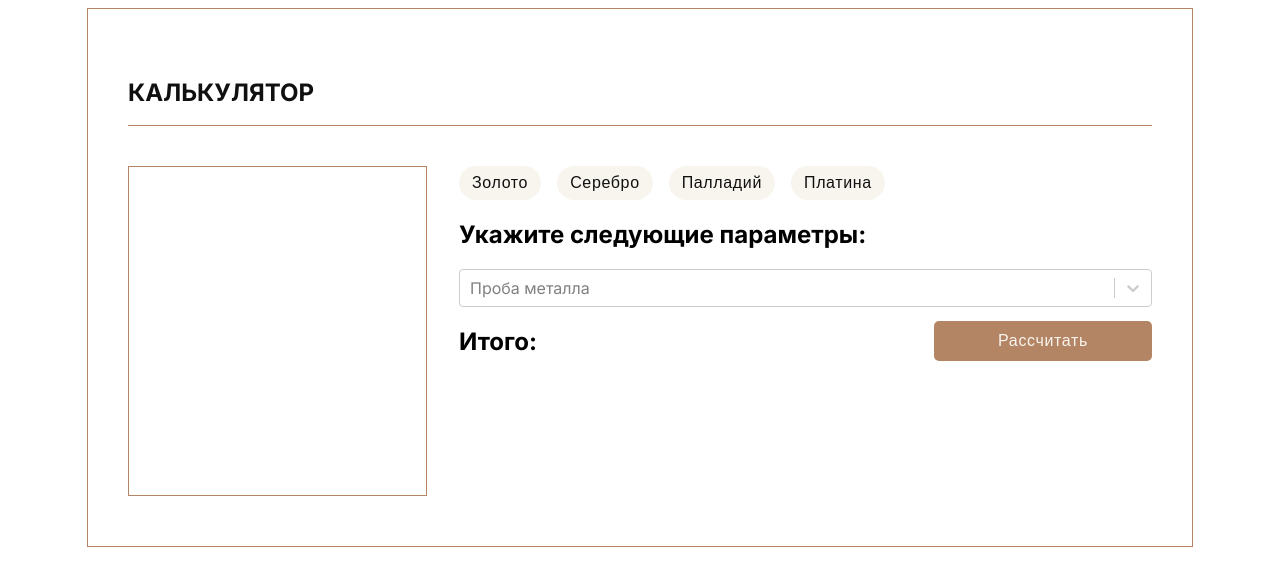
Repository: Kirill2034/Calculator-metal
Page: /
These files come from the project's save history. The page is drawn as it stood at one moment and after the next save; the edit follows.
The browser window is 1280 px wide. The pictures show the whole page.
The project was rebuilt for these pictures with package versions that can differ from the ones it lists, and the page was loaded fresh each time.

Above is the page before, as saved 2021-11-27 18:49:32.

After the next save:
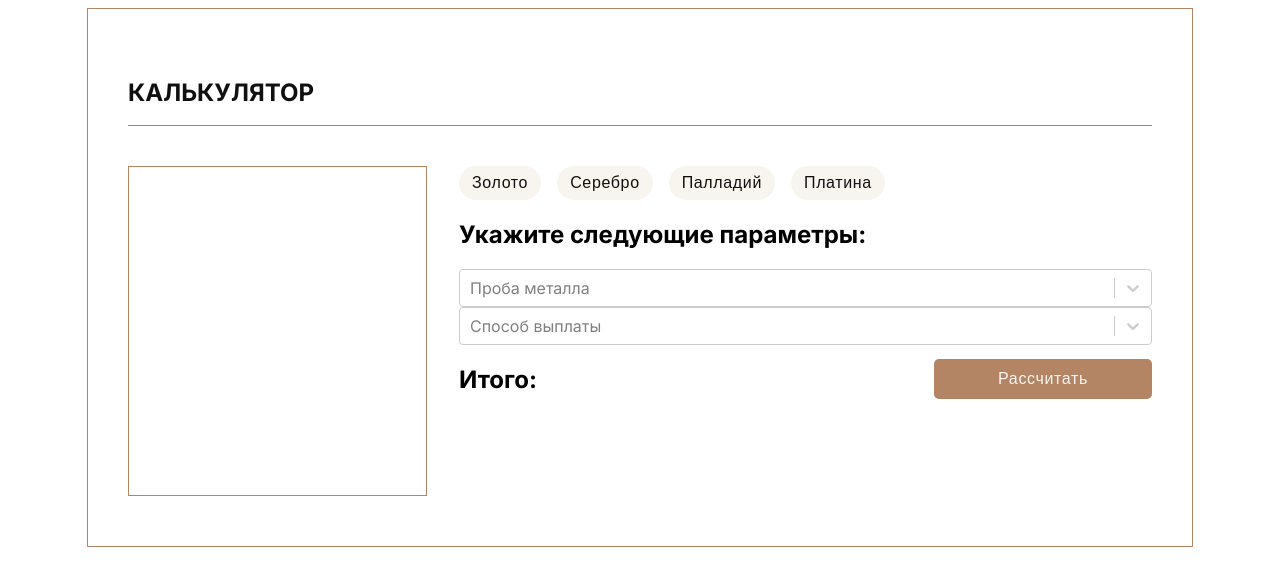
Saved 45 s later.
--- a/src/App.js
+++ b/src/App.js
@@ -71,6 +71,7 @@ const App = () => {
           <div className="select-prop-metal">
             <h2>Укажите следующие параметры:</h2>
             <Select options={metals.forEach((metal) => metal.title)} placeholder="Проба металла"/>
+            <Select options={metals.forEach((metal) => metal.title)} placeholder="Способ выплаты"/>
           </div>
           <div className="calculate">
             <h2>Итого:</h2>
